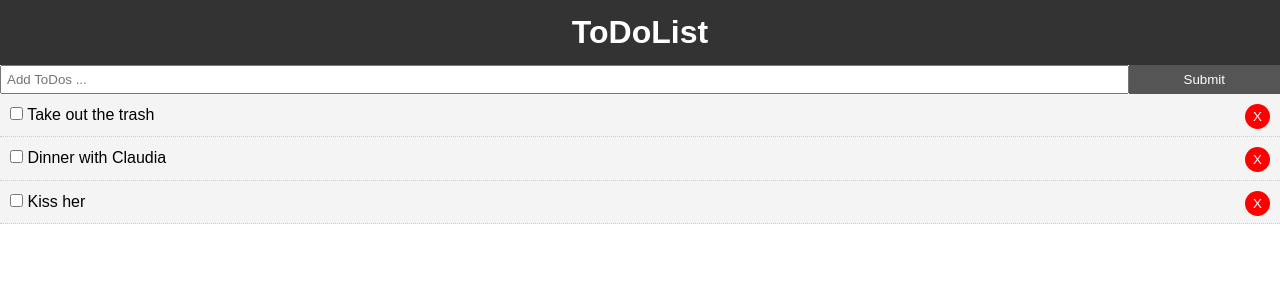
Repository: konstantin0s/todo-react
Page: /
The author's editor kept a copy of each file at every save. The page is drawn from the files as they stood at one save, then again after the next save.
The browser window is 1280 px wide. The pictures show the whole page.
The project was rebuilt for these pictures with package versions that can differ from the ones it lists, and the page was loaded fresh each time. Also part of the build but not shown: src/components/pages/About.js.

Above is the page before, as saved 2019-03-09 17:17:16.

After the next save:
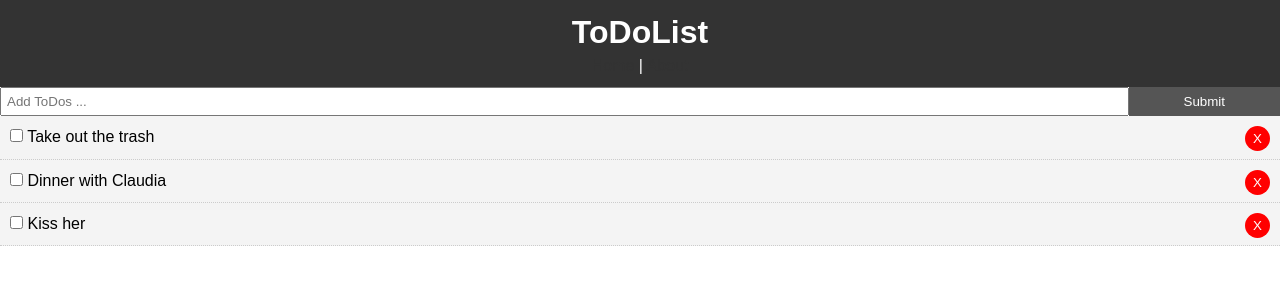
Saved 2 min 50 s later.
--- a/src/components/layout/Header.js
+++ b/src/components/layout/Header.js
@@ -1,9 +1,11 @@
 import React from 'react'
+import { Link } from 'react-router-dom';
 
 export default function Header() {
   return (
    <header style={headerStyle}>
      <h1>ToDoList</h1>
+     <Link to="/">Home</Link> | <Link to="/about">About</Link>
    </header>
   )
 }
